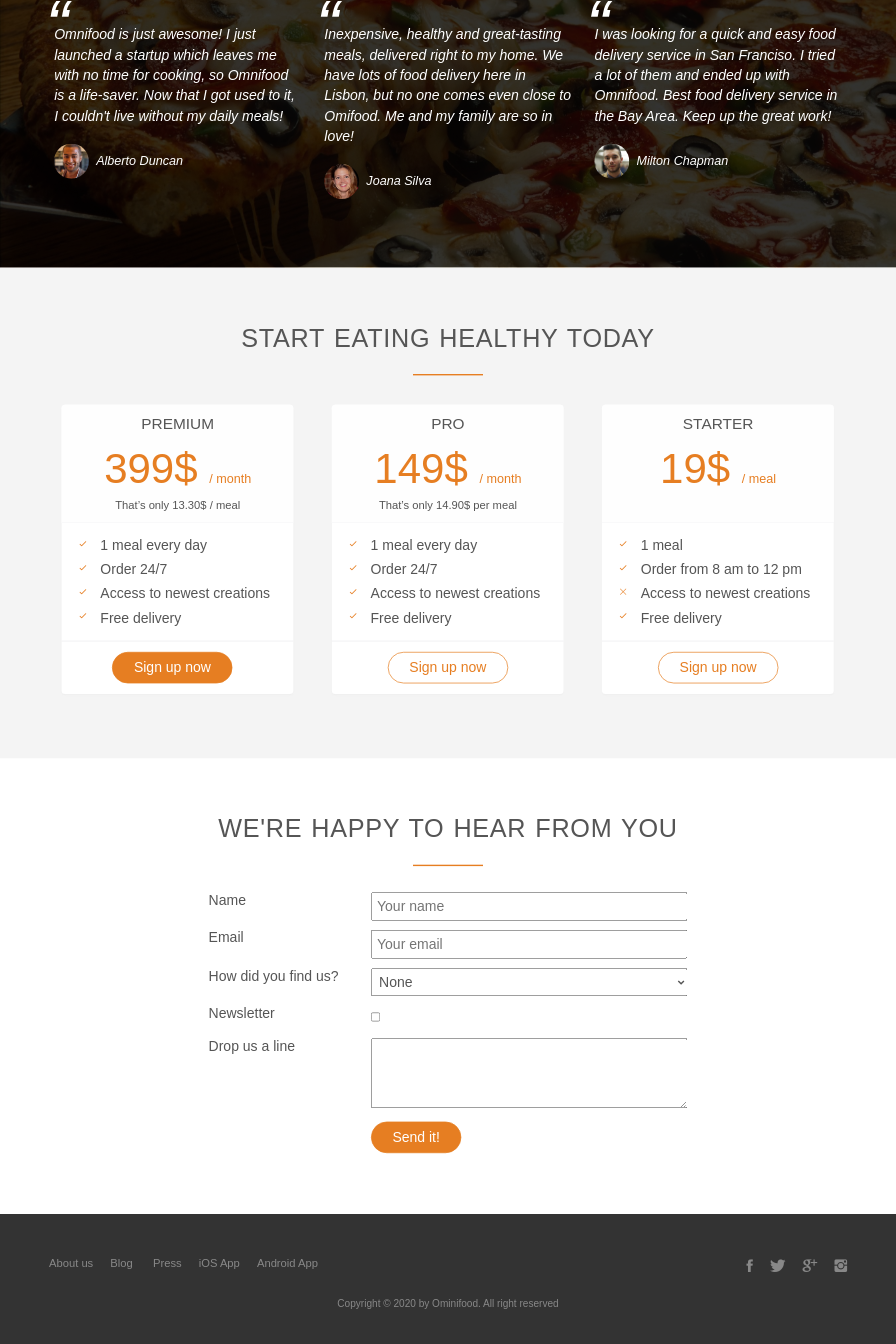
Repository: pboi18/E-Foods
Page: index.html
These files come from the project's save history. The page is drawn as it stood at one moment and after the next save; the edit follows.
The browser window is 1280 px wide. The pictures show the part of the page from y = 3496 to 5416 px (the page is 5416 px tall before and 5385 px after), at 70% of full size.
Backgrounds fixed to the window are drawn as part of the page.

Above is the page before, as saved 2020-07-14 14:57:57.

After the next save:
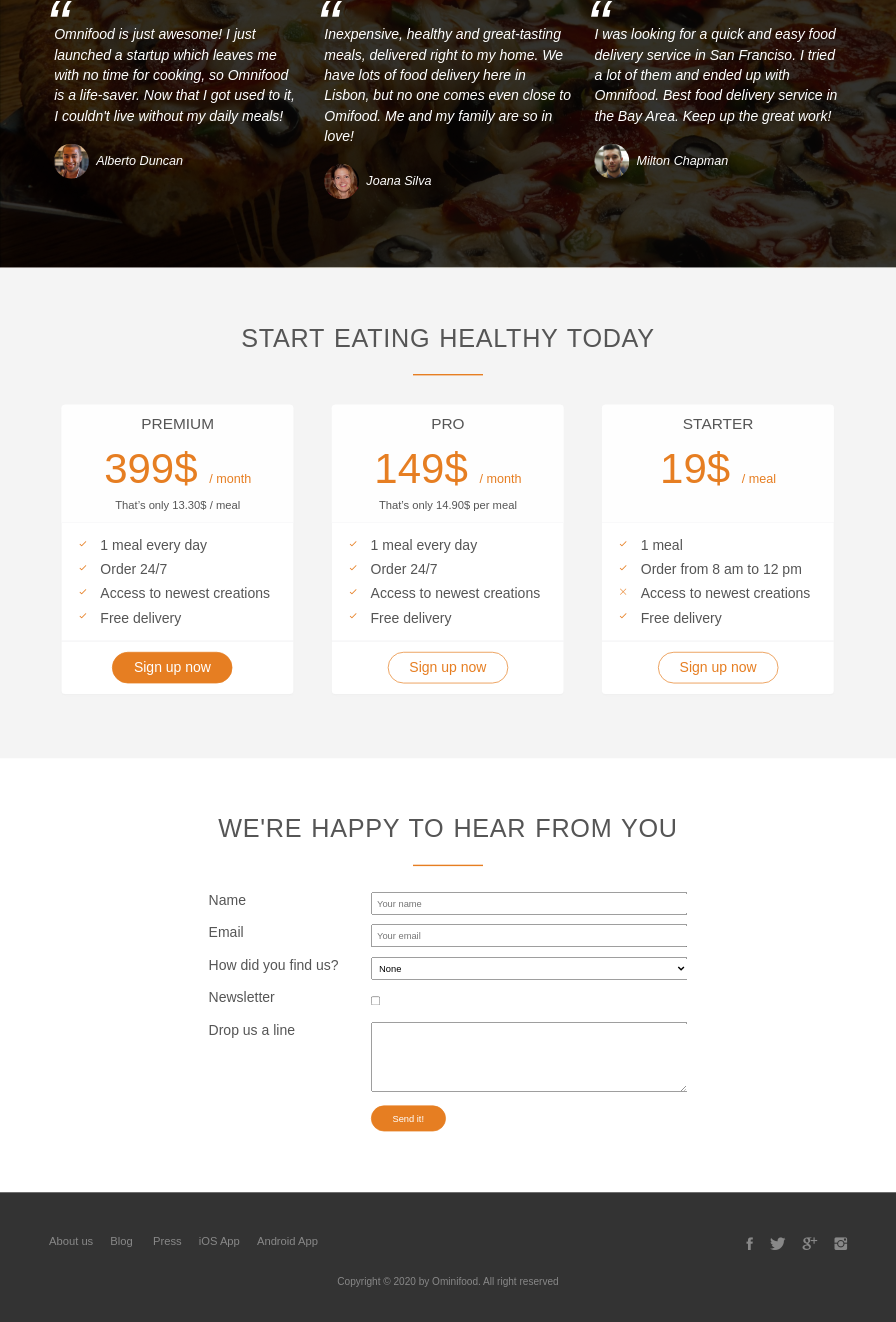
Saved 40 s later.
--- a/index.html
+++ b/index.html
@@ -2,6 +2,7 @@
 <html lang="en">
    <head>
       <meta http-equiv="Content-Type" content="text/html;charset=UTF-8">
+      <link rel="stylesheet" href="resources/css/quaries.css>
       <link rel="stylesheet" href="vendors/css/normalize.css">
       <link rel="stylesheet" href="vendors/css/7.1 Grid.css">
       <link rel="stylesheet" href="vendors/css/ionicons.min.css">
